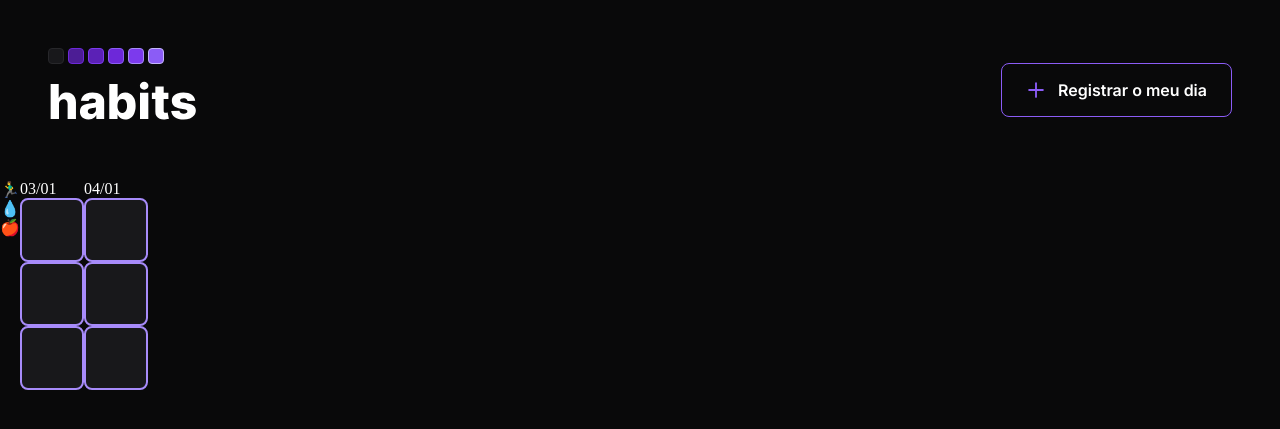
Repository: AntonyCosta/nlw-setup
Page: index.html
The author's editor kept a copy of each file at every save. The page is drawn from the files as they stood at one save, then again after the next save.
The browser window is 1280 px wide. The pictures show the whole page.

Above is the page before, as saved 2023-01-18 03:50:31.

### index.html
<!DOCTYPE html>
<html lang="pt-br">
  <head>
    <meta charset="UTF-8" />
    <meta http-equiv="X-UA-Compatible" content="IE=edge" />
    <meta name="viewport" content="width=device-width, initial-scale=1.0" />
    <link rel="preconnect" href="https://fonts.googleapis.com" />
    <link rel="preconnect" href="https://fonts.gstatic.com" crossorigin />
    <link
      href="https://fonts.googleapis.com/css2?family=Inter:wght@600&display=swap"
      rel="stylesheet"
    />
    <link rel="stylesheet" href="style.css" />
    <title>Habits</title>
  </head>
  <body>
    <header>
      <img src="./assets/logo.svg" alt="" />
      <button>
        <img src="./assets/plus.svg" alt="" />
        Registrar o meu dia
      </button>
    </header>

    <form>
      <div class="habits">
        <div class="habit">🏃‍♂️</div>
        <div class="habit">💧</div>
        <div class="habit">🍎</div>
      </div>

      <div class="days">
        <div class="day">
          <div>03/01</div>
          <input type="checkbox" name="run" />
          <input type="checkbox" name="water" />
          <input type="checkbox" name="food" />
        </div>

        <div class="day">
          <div>04/01</div>
          <input type="checkbox" name="run" />
          <input type="checkbox" name="water" />
          <input type="checkbox" name="food" />
        </div>
      </div>
    </form>
  </body>
</html>

### style.css
* {
  margin: 0;
  padding: 0;
  box-sizing: border-box;
}

body {
  background-color: #09090a;
  color: white;

  /* display: grid;
  place-items: center; */

  height: 100vh;
}

header {
  display: flex;
  align-items: center;
  justify-content: space-between;

  padding: 48px;
}

button {
  padding: 16px 24px;
  border: 1px solid #8b5cf6;
  border-radius: 8px;
  background: transparent;
  color: #ffffff;

  display: flex;
  align-items: center;
  gap: 12px;

  font-family: "Inter", arial, sans-serif;
  font-weight: 600;
  font-size: 16px;
  line-height: 125%;
}

form {
  display: flex;
}

.days {
  display: flex;
}

.day {
  display: flex;
  flex-direction: column;
}

input {
  appearance: none;
  -webkit-appearance: none;

  width: 64px;
  height: 64px;

  border: 2px solid #a78bfa;
  border-radius: 8px;

  background: #18181b;
}

input:checked {
  background: #8b5cf6;
  border: 2px solid #a78bfa;
}

After the next save:
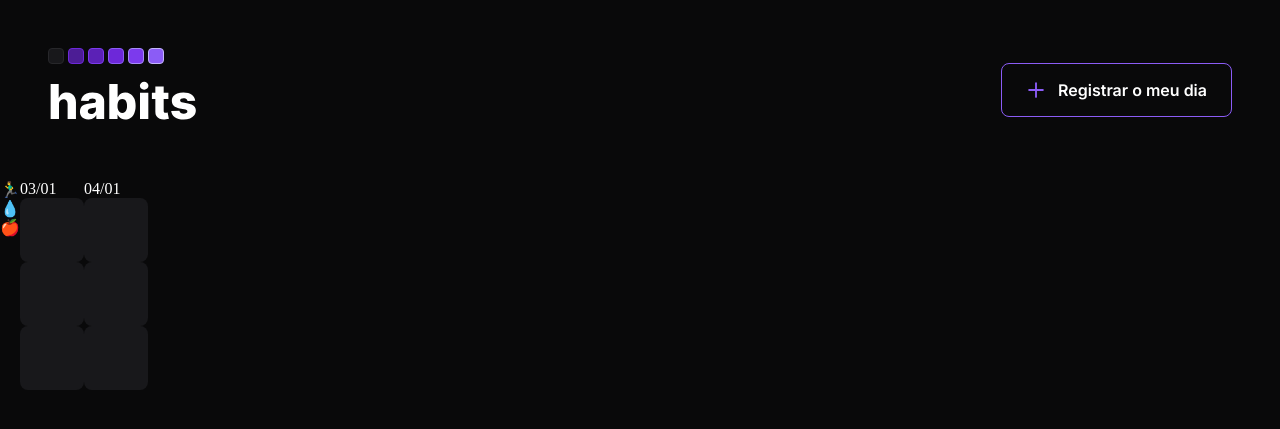
Saved 40 s later.
--- a/style.css
+++ b/style.css
@@ -59,7 +59,7 @@ input {
   width: 64px;
   height: 64px;
 
-  border: 2px solid #a78bfa;
+  /* border: 2px solid #a78bfa; */
   border-radius: 8px;
 
   background: #18181b;
